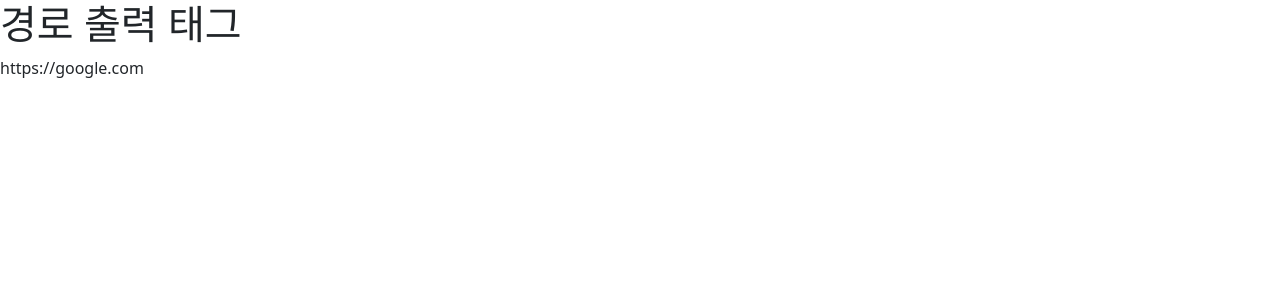
Repository: JJinBBangg/JSP
Page: http://localhost/jsp/ch12/lecture/07url/01url.jsp
The author's editor kept a copy of each file at every save. The page is drawn from the files as they stood at one save, then again after the next save.
The browser window is 1280 px wide. The pictures show the whole page.
The page is served by Tomcat 9. Other server files are loaded and not shown.

Above is the page before, as saved 2023-04-06 01:46:54.

### jsp/src/main/webapp/ch12/lecture/07url/01url.jsp
<%@ page language="java" contentType="text/html; charset=UTF-8"
    pageEncoding="UTF-8"%>
<%@ page import="java.util.*"%>
<%@ taglib uri="http://java.sun.com/jsp/jstl/core" prefix="c"%>
<!DOCTYPE html>
<html>
<head>
<meta charset="UTF-8">
<meta name="viewport" content="width=device-width, initial-scale=1">
<title>Insert title here</title>
<link href="https://cdn.jsdelivr.net/npm/bootstrap@5.3.0-alpha3/dist/css/bootstrap.min.css" rel="stylesheet" integrity="sha384-KK94CHFLLe+nY2dmCWGMq91rCGa5gtU4mk92HdvYe+M/SXH301p5ILy+dN9+nJOZ" crossorigin="anonymous">
</head>
<body>
	<h1>경로 출력 태그</h1>
	<p><c:url value="https://google.com" /></p>

	<script src="https://cdn.jsdelivr.net/npm/bootstrap@5.3.0-alpha3/dist/js/bootstrap.bundle.min.js" integrity="sha384-ENjdO4Dr2bkBIFxQpeoTz1HIcje39Wm4jDKdf19U8gI4ddQ3GYNS7NTKfAdVQSZe" crossorigin="anonymous"></script>
</body>
</html>

After the next save:
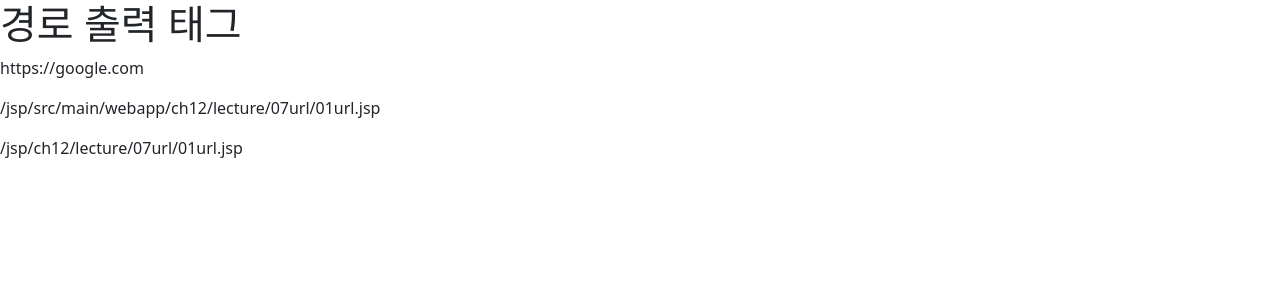
Saved 2 min 33 s later.
--- a/jsp/src/main/webapp/ch12/lecture/07url/01url.jsp
+++ b/jsp/src/main/webapp/ch12/lecture/07url/01url.jsp
@@ -14,6 +14,9 @@
 	<h1>경로 출력 태그</h1>
 	<p><c:url value="https://google.com" /></p>
 
+	<p>/jsp/src/main/webapp/ch12/lecture/07url/01url.jsp</p>
+	<p>${pageContext.request.contextPath }/ch12/lecture/07url/01url.jsp</p>
+
 	<script src="https://cdn.jsdelivr.net/npm/bootstrap@5.3.0-alpha3/dist/js/bootstrap.bundle.min.js" integrity="sha384-ENjdO4Dr2bkBIFxQpeoTz1HIcje39Wm4jDKdf19U8gI4ddQ3GYNS7NTKfAdVQSZe" crossorigin="anonymous"></script>
 </body>
 </html>
